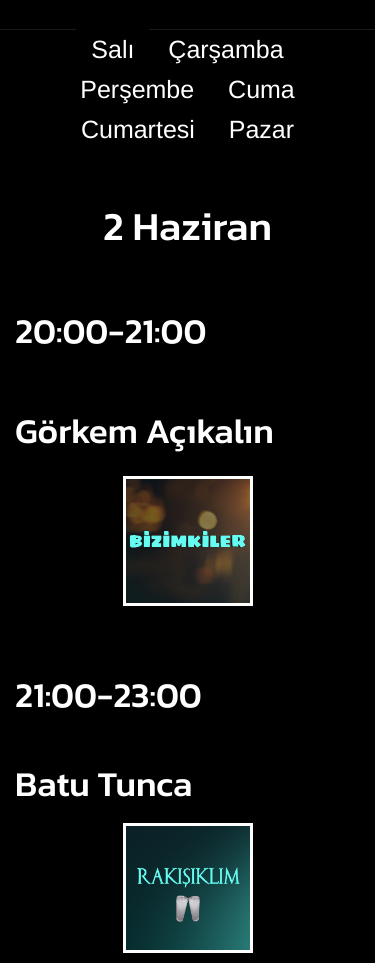
Repository: kaanistemi/program
Page: index.html
The author's editor kept a record of every edit. The page is drawn from the files as they stood at one moment, then again after the next edit.
The browser window is 375 px wide. The pictures show the whole page.

Above is the page before.

### index.html
<!DOCTYPE html>
<html lang="en">

<head>
    <title>Bootstrap Example</title>
    <meta charset="utf-8">
    <meta name="viewport" content="width=device-width, initial-scale=1">
    <link href="https://fonts.googleapis.com/css2?family=Kanit:wght@500&display=swap" rel="stylesheet">
    <link rel="stylesheet" href="https://maxcdn.bootstrapcdn.com/bootstrap/3.4.1/css/bootstrap.min.css">
    <script src="https://ajax.googleapis.com/ajax/libs/jquery/3.5.1/jquery.min.js"></script>
    <script src="https://maxcdn.bootstrapcdn.com/bootstrap/3.4.1/js/bootstrap.min.js"></script>
    <link rel="stylesheet" type="text/css" href="assets/css/style.css">
</head>


<body>


    <div class="container">

        <ul class="nav navbar-nav navbar-collapse navbar-light-2">
            <li class="active"><a data-toggle="pill" href="#home" class="gunler">Salı</a></li>
            <li><a data-toggle="pill" href="#menu2" class="gunler">Çarşamba</a></li>
            <li><a data-toggle="pill" href="#menu3" class="gunler">Perşembe</a></li>
            <li><a data-toggle="pill" href="#menu4" class="gunler">Cuma</a></li>
            <li><a data-toggle="pill" href="#menu5" class="gunler">Cumartesi</a></li>
            <li><a data-toggle="pill" href="#menu6" class="gunler">Pazar</a></li>
        </ul>
    </div>

    <div class="tab-content">
        <div id="home" class="tab-pane fade in active mt-5">
            <div class="container">
                <div class="row">
                    <h2 class="event-baslik">
                        <center>2 Haziran</h2>
                    </center>

                    <div class="col-md-5">
                        <p>20:00-21:00</p>
                    </div>
                    <div class="col-md-5">
                        <p>Görkem Açıkalın</p>
                    </div>
                    <div class="col-md-2">
                        <center><img src=assets/images/100x100gorkembzmklr.png alt="Istanbul1" class="rounded-circle" height=130 width=130></center>
                    </div>

                </div>
            </div>
            <div class="container">
                <div class="row">
                    <h3>

                        </center>
                        <div class="col-md-5">
                            <p>21:00-23:00</p>
                        </div>
                        <div class="col-md-5">
                            <p>Batu Tunca</p>
                        </div>
                        <div class="col-md-2">
                            <center><img src=assets/images/Rakisiklim_100x100.png alt="Istanbul1" class="rounded-circle" height=130 width=130></center>
                        </div>
                </div>
            </div>
        </div>
        <div id="menu2" class="tab-pane fade">
            <div class="container">
                <div class="row">
                    <h2 class="event-baslik">
                        <center>3 Haziran</h2>
                    </center>

                    <div class="col-md-5">
                        <p>20:00-21:00</p>
                    </div>
                    <div class="col-md-5">
                        <p>Görkem Açıkalın</p>
                    </div>
                    <div class="col-md-2">
                        <center><img src=assets/images/FunkySoul_100x100.png alt="Istanbul1" class="rounded-circle" height=130 width=130></center>
                    </div>

                </div>
            </div>
            <div class="container">
                <div class="row">
                    <h3>

                        </center>
                        <div class="col-md-5">
                            <p>21:00-22:00</p>
                        </div>
                        <div class="col-md-5">
                            <p>Arda Önkol</p>
                        </div>
                        <div class="col-md-2">
                            <center><img src=assets/images/Southern_Pipeline_100x100.png alt="Istanbul1" class="rounded-circle" height=130 width=130></center>
                        </div>
                </div>
            </div>

            <div class="container">
                <div class="row">
                    <h3>

                        </center>
                        <div class="col-md-5">
                            <p>22:00-23:00</p>
                        </div>
                        <div class="col-md-5">
                            <p>Kıvanç Hasançebi</p>
                        </div>
                        <div class="col-md-2">
                            <center><img src=assets/images/T_Rap_100X100.png alt="Istanbul1" class="rounded-circle" height=130 width=130></center>
                        </div>
                </div>
            </div>


        </div>
        <div id="menu3" class="tab-pane fade">
            <div class="container">
                <div class="row">
                    <h2 class="event-baslik">
                        <center>4 Haziran</h2>
                    </center>

                    <div class="col-md-5">
                        <p>20:00-21:00</p>
                    </div>
                    <div class="col-md-5">
                        <p>Ece Misirli</p>
                    </div>
                    <div class="col-md-2">
                        <center><img src=assets/images/FunkySoul_100x100.png alt="Istanbul1" class="rounded-circle" height=130 width=130></center>
                    </div>

                </div>
            </div>
            <div class="container">
                <div class="row">
                    <h3>

                        </center>
                        <div class="col-md-5">
                            <p>21:00-22:00</p>
                        </div>
                        <div class="col-md-5">
                            <p>Kıvanç Hasançebi</p>
                        </div>
                        <div class="col-md-2">
                            <center><img src=assets/images/chilli_boom_Program_100x100.png alt="Istanbul1" class="rounded-circle" height=130 width=130></center>
                        </div>
                </div>
            </div>

            <div class="container">
                <div class="row">
                    <h3>

                        </center>
                        <div class="col-md-5">
                            <p>22:00-23:00</p>
                        </div>
                        <div class="col-md-5">
                            <p>Mertcan Özer</p>
                        </div>
                        <div class="col-md-2">
                            <center><img src=assets/images/Serial_Chiller_100x100.png alt="Istanbul1" class="rounded-circle" height=130 width=130></center>
                        </div>
                </div>
            </div>

        </div>

        <div id="menu4" class="tab-pane fade">
            <div class="container">
                <div class="row">
                    <h2 class="event-baslik">
                        <center>5 Haziran</h2>
                    </center>

                    <div class="col-md-5">
                        <p>21:00-22:00</p>
                    </div>
                    <div class="col-md-5">
                        <p>Arınç Demirtaş</p>
                    </div>
                    <div class="col-md-2">
                        <center><img src=assets/images/mcrowave100.png alt="Istanbul1" class="rounded-circle" height=130 width=130></center>
                    </div>

                </div>
            </div>
            <div class="container">
                <div class="row">
                    <h3>

                        </center>
                        <div class="col-md-5">
                            <p>22:00-23:00</p>
                        </div>
                        <div class="col-md-5">
                            <p>Gökhan Altunkaya</p>
                        </div>
                        <div class="col-md-2">
                            <center><img src=assets/images/different100.png alt="Istanbul1" class="rounded-circle" height=130 width=130></center>
                        </div>
                </div>
            </div>

            <div class="container">
                <div class="row">
                    <h3>

                        </center>
                        <div class="col-md-5">
                            <p>23:00-00:00</p>
                        </div>
                        <div class="col-md-5">
                            <p>Guest</p>
                        </div>
                        <div class="col-md-2">
                            <center><img src=assets/images/guest_mix_100x100.png alt="Istanbul1" class="rounded-circle" height=130 width=130></center>
                        </div>
                </div>
            </div>
            <div class="container">
                <div class="row">
                  <h3>
                        <div class="col-md-5">
                            <p>00:00-02:00</p>
                        </div>
                        <div class="col-md-5">
                            <p>SİMGE</p>
                        </div>
                        <div class="col-md-2">
                            <center><img src=assets/images/Dark_Basement_100x100.png alt="Istanbul1" class="rounded-circle" height=130 width=130></center>
                        </div>
                </div>
            </div>
        </div>

        <div id="menu5" class="tab-pane fade">
            <div class="container">
                <div class="row">
                    <h2 class="event-baslik">
                        <center>6 Haziran</h2>
                    </center>

                    <div class="col-md-5">
                        <p>21:00-22:00</p>
                    </div>
                    <div class="col-md-5">
                        <p>Arınç Demirtaş</p>
                    </div>
                    <div class="col-md-2">
                        <center><img src=assets/images/mcrowave100.png alt="Istanbul1" class="rounded-circle" height=130 width=130></center>
                    </div>

                </div>
            </div>
            <div class="container">
                <div class="row">
                    <h3>

                        </center>
                        <div class="col-md-5">
                            <p>22:00-23:00</p>
                        </div>
                        <div class="col-md-5">
                            <p>Gökhan Altunkaya</p>
                        </div>
                        <div class="col-md-2">
                            <center><img src=assets/images/different100.png alt="Istanbul1" class="rounded-circle" height=130 width=130></center>
                        </div>
                </div>
            </div>

            <div class="container">
                <div class="row">
                    <h3>

                        </center>
                        <div class="col-md-5">
                            <p>23:00-00:00</p>
                        </div>
                        <div class="col-md-5">
                            <p>Guest</p>
                        </div>
                        <div class="col-md-2">
                            <center><img src=assets/images/guest_mix_100x100.png alt="Istanbul1" class="rounded-circle" height=130 width=130></center>
                        </div>
                </div>
            </div>

            <div class="container">
                <div class="row">
                    <h3>

                        </center>
                        <div class="col-md-5">
                            <p>00:00-02:00</p>
                        </div>
                        <div class="col-md-5">
                            <p>Korcan Atila</p>
                        </div>
                        <div class="col-md-2">
                            <center><img src=assets/images/Dark_Basement_100x100.png alt="Istanbul1" class="rounded-circle" height=130 width=130></center>
                        </div>
                </div>
            </div>
        </div>

        <div id="menu6" class="tab-pane fade">
            <div class="container">
                <div class="row">
                    <h2 class="event-baslik">
                        <center>7 Haziran</h2>
                    </center>

                    <div class="col-md-5">
                        <p>19:00-20:00</p>
                    </div>
                    <div class="col-md-5">
                        <p>Odul</p>
                    </div>
                    <div class="col-md-2">
                        <center><img src=assets/images/FunkySoul_100x100.png alt="Istanbul1" class="rounded-circle" height=130 width=130></center>
                    </div>

                </div>
            </div>


            <div class="container">
                <div class="row">
                    <h3>

                        </center>
                        <div class="col-md-5">
                            <p>20:00-21:00</p>
                        </div>
                        <div class="col-md-5">
                            <p>Kıvanç Hasançebi</p>
                        </div>
                        <div class="col-md-2">
                            <center><img src=assets/images/FunkySoul_100x100.png alt="Istanbul1" class="rounded-circle" height=130 width=130></center>
                        </div>
                </div>
            </div>
            <div class="container">
                <div class="row">
                    <h3>

                        </center>
                        <div class="col-md-5">
                            <p>21:00-23:00</p>
                        </div>
                        <div class="col-md-5">
                            <p>Mertcan Özer</p>
                        </div>
                        <div class="col-md-2">
                            <center><img src=assets/images/pazar_sarkıları_100x100.png alt="Istanbul1" class="rounded-circle" height=130 width=130></center>
                        </div>
                </div>
            </div>
        </div>
    </div>
    <script>
        $(".tabsBtn").on("click",'.btn', function(){
          $(".tabsBtn .btn").removeClass("active");
          $(this).addClass("active");

        });
    </script>

</body>

</html>

### assets/css/style.css
body {
    background-color: #000000;
}



.navbar-nav {
    float: none;
    text-align: center;
    margin-right: 100px;
}

.navbar-nav li {
    display: inline-block;
    float: none;

}

.col-sm-2 {}

.col-md-5 {
    font-size: 30px;
    margin-top: 50px;
    color: #fff;
    font-family: 'Kanit', sans-serif;
}

.event-baslik {
    color: #fff;
}

.rounded-circle {
    margin-top: 10px;
    border: #fff solid 3px;
}

.event-baslik {
    font-size: 40px;
    line-height: 60px;
    font-family: 'Kanit', sans-serif;

}

.gunler {
    font-size: 25px;
    color: #fff;
}

.container {
    margin-top: 20px;
}

.day-blue {
    color: #66FCF1;
    font-size: 30px;
    font-family: 'Kanit', sans-serif;
}

.navbar-light-2 a:hover {

  color: #66FCF1;
  background-color: #000;
}

.navbar-light-2 li a:hover {
  background-color: #000000;
  font-size: 200%;

}

.active{
    background:#000000 !important ;
    color: #66FCF1 !important;

}

@media screen and (min-width: 630px) {
  .col-md-5
  {
   ;
  }
}


@media screen and (max-width: 631px) {
  .col-md-5 {
    font-size: 35px;
  }
}

After the next edit:
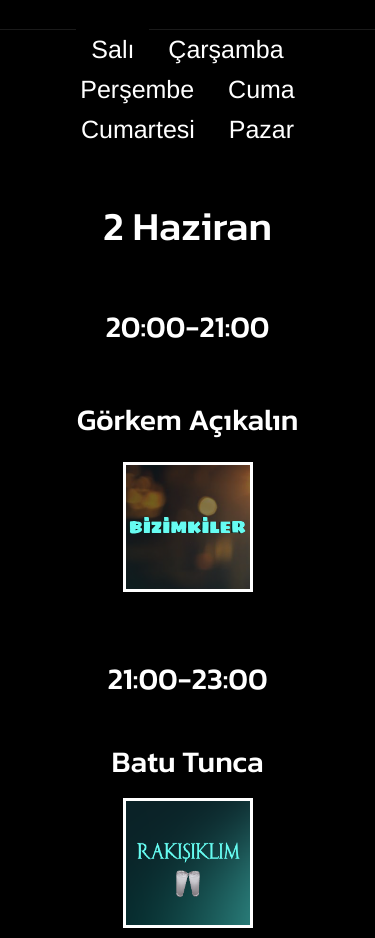
The edit:
--- a/assets/css/style.css
+++ b/assets/css/style.css
@@ -84,6 +84,6 @@
 
 @media screen and (max-width: 631px) {
   .col-md-5 {
-    font-size: 35px;
+    text-align: center;
   }
 }
